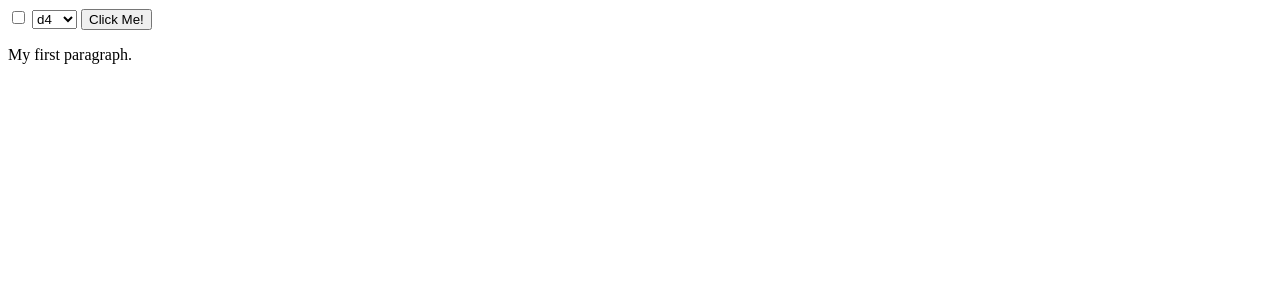
Repository: NikoKapferRupp/js-tutorial
Page: launch_excercises/for_fun/dungeon_dice.html
The author's editor kept a record of every edit. The page is drawn from the files as they stood at one moment, then again after the next edit.
The browser window is 1280 px wide. The pictures show the whole page.

Above is the page before.

After the next edit:
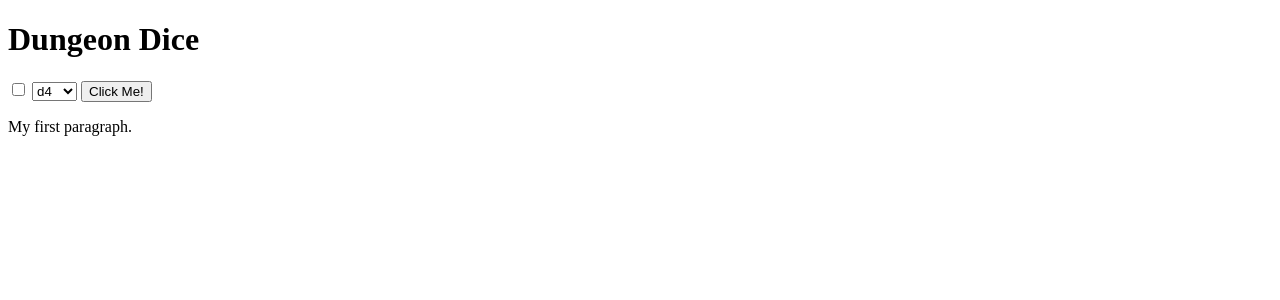
The edit:
--- a/launch_excercises/for_fun/dungeon_dice.html
+++ b/launch_excercises/for_fun/dungeon_dice.html
@@ -4,6 +4,7 @@
 <title>Dungeon Dice</title>
 </head>
 <body>
+    <h1>Dungeon Dice</h1>
     <input type="checkbox">
     <select name="dice" id="dice">
         <option value="d4">d4</option>
